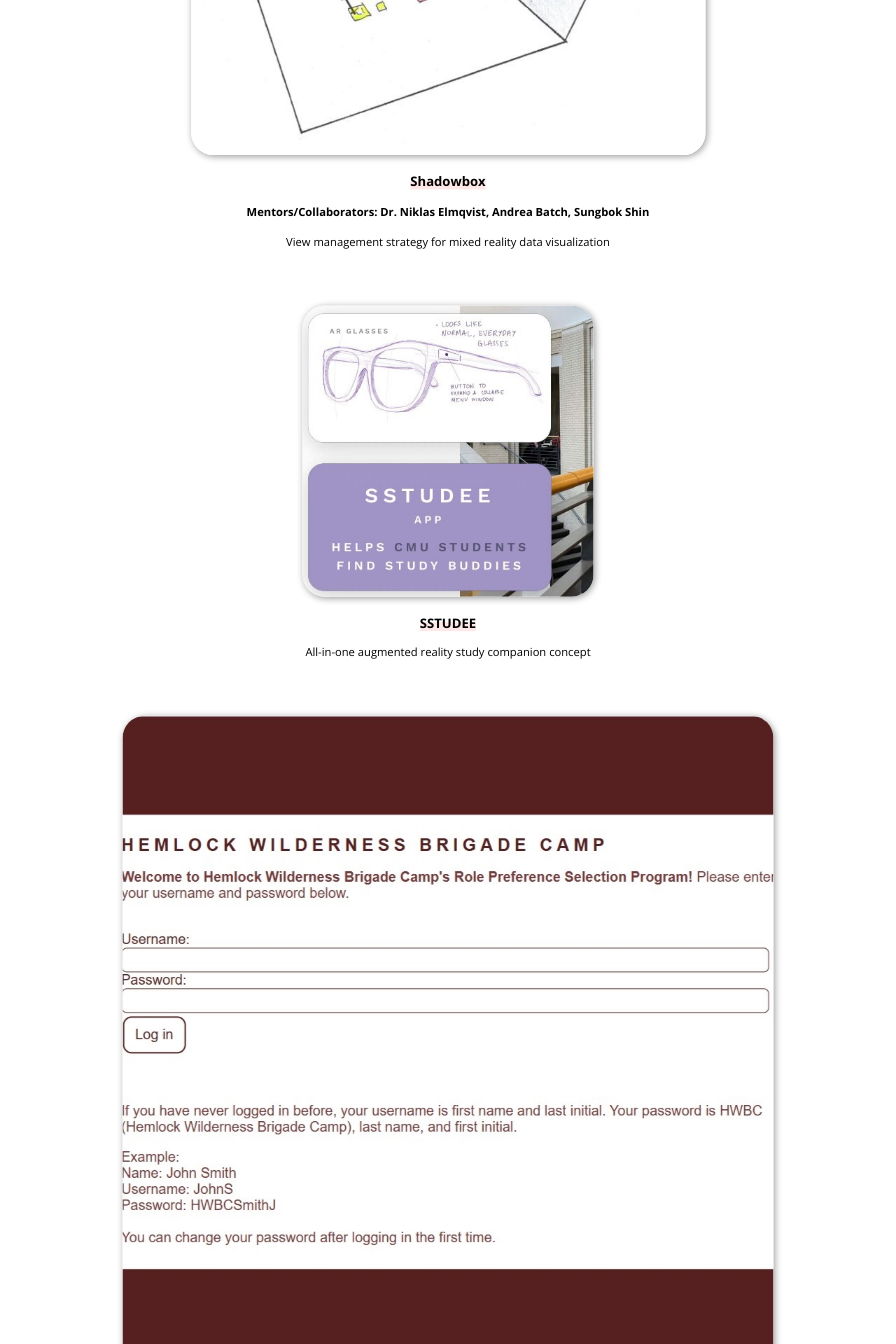
Repository: liu-julia/liu-julia.github.io
Page: index.html
An editor plug-in stored every save of this project. The page is shown before and after the next save, followed by the edit.
The browser window is 1280 px wide. The pictures show the part of the page from y = 1312 to 3232 px (the page is 5346 px tall before and 5606 px after), at 70% of full size.

Above is the page before, as saved 2022-08-02 11:56:15.

### index.html
<!DOCTYPE html>
<html lang="en">
<head>
    <meta charset="UTF-8">
    <meta http-equiv="X-UA-Compatible" content="IE=edge">
    <meta name="viewport" content="width=device-width, initial-scale=1.0">
    <link rel="preconnect" href="https://fonts.googleapis.com">
    <link rel="preconnect" href="https://fonts.gstatic.com" crossorigin>
    <link href="https://fonts.googleapis.com/css2?family=Karla:wght@300;400;700&family=Open+Sans:wght@300;400;700&family=Playfair+Display:wght@400;700&family=Prata&display=swap" rel="stylesheet">
    <link rel="stylesheet" media="screen and (min-width: 1500px)" href="css/1500.css" />
    <link rel="stylesheet" media="screen and (max-width: 1499px)" href="css/mobile.css" />
    <link rel="icon" href="images/jllogo.png">
    <script src="js/scripts.js"></script>
    <title>Julia Liu</title>
</head>
<body>
    <header id="topbar">
        <img id="logo" src="images/jllogo.png" alt="JL logo">
        <div id="navbar">
            <a class="highlighted" href="index.html">Projects</a>
            <a class="hl_hover" href="about.html">About</a>
            <a class="hl_hover" href="contact.html">Contact</a>
        </div>
    </header>
    <div id="content">
        <div id="top">
            <img id="face" src="images/IMG_20210707_193435_832.jpg" alt="Julia Liu">
            <h1 class="highlighted">Hi! My name is <mark>Julia Liu</mark>.</h1>
            <p id="head_desc">I'm a rising sophomore studying Information Systems and Human-Computer Interaction at Carnegie Mellon University.</p>
            <a class="ct-btn-scroll ct-js-btn-scroll" href="#projects"><img alt="Arrow Down Icon" src="images/downarrow.png"></a>
        </div>
        <br>
        <span id="projects"></span>
            <div class="project">
                <img src="images/shadowbox.jpg" alt="Shadowbox">
                <div class="project-text">
                    <h3><a href="https://liu-julia.notion.site/Shadowbox-206a5c5eea2a42a292b238f68e84f78f">Shadowbox</a></h3>
                    <h4>Mentors/Collaborators: Dr. Niklas Elmqvist, Andrea Batch, Sungbok Shin</h4>
                    <p>View management strategy for mixed reality data visualization</p>
                </div>
            </div>
            <div class="project">
                <img src="images/sstudee.jpg" alt="SSTUDEE - AR product concept">
                <div class="project-text">
                    <h3><a href="https://liu-julia.notion.site/SSTUDEE-AR-Product-Concept-c017dea383094d4c96417a929962e60f">SSTUDEE</a></h3>
                    <p>All-in-one augmented reality study companion concept</p>
                </div>
            </div>
            <div class="project">
                <img src="images/camp.jpg" alt="Hemlock Wilderness Brigade Camp website">
                <div class="project-text">
                    <h3><a href="https://liu-julia.notion.site/Job-Assignment-Web-App-bd26f317785b4564853cad5746690a5f">Job Assignment Web Application</a></h3>
                    <h4>Collaborators: Kandasamy Chokkalingam, Nithya Doodi, Temitope Olarinde</h4>
                    <p>Automated job assignment for local summer camp</p>
                </div>
            </div>
            <div class="project">
                <img src="images/pamelas1.jpg" alt="Pamela's Diner website">
                <div class="project-text">
                    <h3><a href="https://liu-julia.notion.site/Web-Development-Project-Pamela-s-Diner-67d99581677243809cbfb3ee69a6fb9d">Web Development Project: Pamela's Diner</a></h3>
                    <p>Revamped website concept for local diner</p>
                </div>
            </div>
            <div class="project">
                <img src="images/soaringtheskies.jpg" alt="Soaring the Skies - 2D airplane game">
                <div class="project-text">
                    <h3><a href="https://github.com/liu-julia/TartanHacks2022">Geographic Trivia Game: Soaring the Skies</a></h3>
                    <h4>Collaborators: Gary Bailey, William Crenshaw</h4>
                    <p>Soar the vast, open skies while learning about the world</p>
                </div>
            </div>
        <br>
        <!--<h3 id="construction">More coming soon</h3>-->
        <div id="foot">
            <h3 class="highlighted">Thanks for visiting!</h3>
            <div>
                <p><b>Phone: </b> (240) 803 7115</p>
                <p><b>Email: </b> juli<!--anti spam-->aliu1233 <!--anti spam--> [at] gmai<!--anti spam-->l [dot] com</p>
                <a href="JuliaLiu.pdf"><b>Resume</b></a>
            </div>
        </div>
    </div>
</body>
</html>

### css/mobile.css
:root {
    font-family: 'Open Sans', sans-serif;
}
html {
    height: 100%;
}

body {
    height: 100%;
}
#content {
    height: 100%;
}
header {
    position: fixed;
    top: 0;
    left: 0;
    right: 0;
    width: 100%;
    height: 60px;
    background-color: white;
    z-index: 1;
    box-shadow: 0 0 10px #FFFFFF;
    transition: top .2s;
}
#logo {
    width: 25px;
    height: 35px;
    padding: 13px;
}
#navbar {
    display: none;
}
h1 mark {
    background: linear-gradient(180deg,rgba(255,255,255,0) 40%, #ffdddd 40% 90%, rgba(255,255,255,0) 90%);
}

#face {
    position: absolute;
    width: 75%;
    max-width: 500px;
    top: 5em;
    left: 10%;
    right: 10%;
    border-radius: 2em;
    margin: auto;
    box-shadow: 2px 2px 10px #00000066;
}

h1{
    font-family: 'Prata', serif;
    font-weight: 400;
    font-size: 3em;
    position: absolute;
    bottom: 13rem;
    left: 5%;
    right: 5%;
    text-align: center;
    margin: auto;
    width: 90%;
}
#head_desc {
    font-size: 1.2em;
    font-weight: 400;
    position: absolute;
    bottom: 6rem;
    width: 90%;
    left: 5%;
    right: 5%;
    text-align: center;
    margin: auto;
    width: 90%;
}
a img {
    max-width: 20%;
    position: absolute;
    bottom: 30px;
    margin: auto;
    left: 1rem;
    right: 1rem;
}

#top {
    height: 100%;
}

.project {
    width: 80%;
    margin-left: auto;
    margin-right: auto;
    margin-top: 3em;
    margin-bottom: 5em;
    text-align: center;
}
.project img {
    max-width: 100%;
    max-height: 100%;
    box-shadow: 2px 2px 10px #00000066;
    border-radius: 2rem;
    margin: auto;
}
a {
    color: black;
    background: linear-gradient(180deg,rgba(255,255,255,0) 50%, #ffddddb0 50%);
    transition: background .3s;
    text-decoration: none;
}

### js/scripts.js
if (window.innerWidth > 1500) {
  var prevScrollpos = window.pageYOffset;
  window.onscroll = function() {
    var currentScrollPos = window.pageYOffset;
    if (prevScrollpos > currentScrollPos) {
      document.getElementById("topbar").style.top = "0";
    } else {
      document.getElementById("topbar").style.top = "-70px";
    }
    prevScrollpos = currentScrollPos;
  }
}

### css/1500.css
:root {
    font-family: 'Open Sans', sans-serif;
}
html {
    height: 100%;
}
header {
    position: fixed;
    top: 0;
    left: 0;
    right: 0;
    width: 100%;
    height: 60px;
    background-color: white;
    z-index: 1;
    box-shadow: 0 0 10px #FFFFFF;
    transition: top .2s;
}
#logo {
    width: 25px;
    height: 35px;
    padding: 13px;
}
#navbar {
    float: right;
}
#navbar a {
    position: relative;
    top: 10px;
    margin-right: 25px;
    align-self: center;
    color: black;
}
body {
    height: 100%;
}
#content {
    height: 100%;
}
h1 {
    font-family: 'Prata', serif;
    font-weight: 400;
    font-size: 6.25vw;
}
#top {
    height: 100%;
}
h1{
    position: absolute;
    bottom: 11rem;
    left: 1em;
    right: 1em;
    text-align: center;
    margin: auto;
    width: auto;
    max-width: 75%;
}
h1.highlighted::before {
    content: "";
    position: absolute;
    width: 100%;
    background: #ffdddd;
    left: .25em;
    bottom: .15em;
    height: .7em;
    z-index: -1;
    animation: highlightAnimation ease 3s;
    animation-iteration-count: 1;
    animation-fill-mode: forwards;
}

@keyframes highlightAnimation {
    0% {
        transform: scaleX(0);
        transform-origin: left;
    }
    100% {
        transform: scaleX(1);
        transform-origin: left;
     }
}

#navbar a {
    background: none;
}

#navbar a.highlighted::before {
    content: "";
    position: absolute;
    width: 100%;
    background: #ffdddd;
    left: .25em;
    bottom: .05em;
    height: .7em;
    z-index: -1;
}
.hl_hover::before {
    content: "";
    position: absolute;
    width: 100%;
    background: #ffdddd;
    left: .25em;
    bottom: .05em;
    height: .7em;
    z-index: -1;
    transition: transform 0.5s;
    transform: scaleX(0);
    transform-origin: right;
}
.hl_hover:hover::before {
    transform: scaleX(1);
    transform-origin: left;
}
mark {
    background-color: transparent;
}
h2 {
    font-family: 'Playfair Display', serif;
    font-size: 3em;
}
h3 {
    font-family: 'Playfair Display', serif;
    font-size: 2em;
}
h4 {
    font-size: 1.2rem;
    line-height: 1.5em;
}
h3.highlighted::before {
    content: "";
    position: absolute;
    width: 100%;
    background: #ffdddd;
    left: .25em;
    bottom: .05em;
    height: .7em;
    z-index: -1;
}
#navbar a {
    font-family: 'Playfair Display', serif;
    font-size: 1.5em;
    font-weight: 700;
    text-decoration: none;
}
p {
    font-size: 1.2rem;
}
#head_desc {
    font-size: 1.5em;
    font-weight: 400;
    position: absolute;
    bottom: 6rem;
    width: 90%;
    left: 1rem;
    right: 1rem;
    text-align: center;
    margin: auto;
    width: 75%;
}
#face {
    position: absolute;
    height: 45%;
    top: 5em;
    left: 30em;
    right: 30em;
    border-radius: 2em;
    margin: auto;
    box-shadow: 2px 2px 10px #00000066;
}
#foot {
    padding-left: 30px;
    position: absolute;
    width: 90%;
    height: 40%;
}
#foot h3.highlighted {
    position: absolute;
    bottom: 65%;
}
#foot div {
    position: absolute;
    bottom: 25%;
    padding: 20px;
}
a {
    color: black;
    background: linear-gradient(180deg,rgba(255,255,255,0) 50%, #ffddddb0 50%);
    transition: background .3s;
    text-decoration: none;
}
#foot a {
    font-size: 1.2rem;
}
a:hover {
    background: linear-gradient(180deg,rgba(255,255,255,0) 50%, #ffdddd 50%);
}
#construction {
    height: 100%;
}

body {
    animation: fadeInAnimation ease 2s;
    animation-iteration-count: 1;
    animation-fill-mode: forwards;
}

@keyframes fadeInAnimation {
    0% {
        opacity: 0;
    }
    100% {
        opacity: 1;
     }
}
.project {
    width: 70%;
    display: flex;
    margin: auto;
    height: 40%;
    padding: 2.5rem;
    align-items: center;
}
.project img {
    max-width: 40%;
    max-height: 100%;
    box-shadow: 2px 2px 10px #00000066;
    border-radius: 2rem;
    margin: 3em;
}

a img {
    max-width: 8%;
    position: absolute;
    bottom: 30px;
    margin: auto;
    left: 1rem;
    right: 1rem;
}
.about {
    width: 70%;
    display: flex;
    margin: auto;
    height: 100%;
    align-items: center;
}

.about img {
    max-width: 30%;
    box-shadow: 2px 2px 10px #00000066;
    border-radius: 2rem;
    margin: 1.25em;
}

.about-text {
    position: absolute;
    margin-left: 25%;
    margin-right: 15%;
}
.about-text h2 {
    position: absolute;
    top: -110px;
}

h2.highlighted::before {
    content: "";
    position: absolute;
    width: 100%;
    background: #ffdddd;
    left: .20em;
    bottom: .05em;
    height: .7em;
    z-index: -1;
}

.form-container {
    width: 70%;
    margin: auto;
    height: 100%;
    align-items: center;
}

.form-container h2 {
    position: absolute;
    top: 5rem;
}

form {
    margin-top: 12rem;
    width: 100%;
    height: 60%;
}

input {
    width: 100%;
    background-color: #e7e7e7;
    border: none;
    border-bottom: 2px solid #ffffffff;
    font-size: 1.1rem;
    font-family: 'Open Sans', sans-serif;
    transition: background-color .3s;
}
input:focus {
    outline: none;
    border-bottom: 2px solid black;
    background-color: #efefef;
}
textarea {
    width: 100%;
    background-color: #e7e7e7;
    border: none;
    height: 30%;
    font-size: 1.1rem;
    font-family: 'Open Sans', sans-serif;
    transition: background-color .3s;
}
textarea:focus {
    outline-width: 2px;
    background-color: #efefef;

}
label {
    font-family: 'Playfair Display', serif;
    font-size: 1.5rem;
    font-weight: bold;
}

button {
    font-family: 'Playfair Display', serif;
    font-size: 2rem;
    font-weight: bold;
    background-color: white;
    border: none;
    display: block;
    margin-right: auto;
    margin-left: auto;
    width: auto;
    margin-top: 10px;
    margin-bottom: 10px;
    transition: box-shadow .3s;
}
button:hover {
    box-shadow: 6px 6px 0px #ffdddd, -6px -6px 0px #ffdddd;
}
.project-text h3, .project-text h4, .project-text p {
    margin-bottom: 0px;
    margin-top: 10px;
}

After the next save:
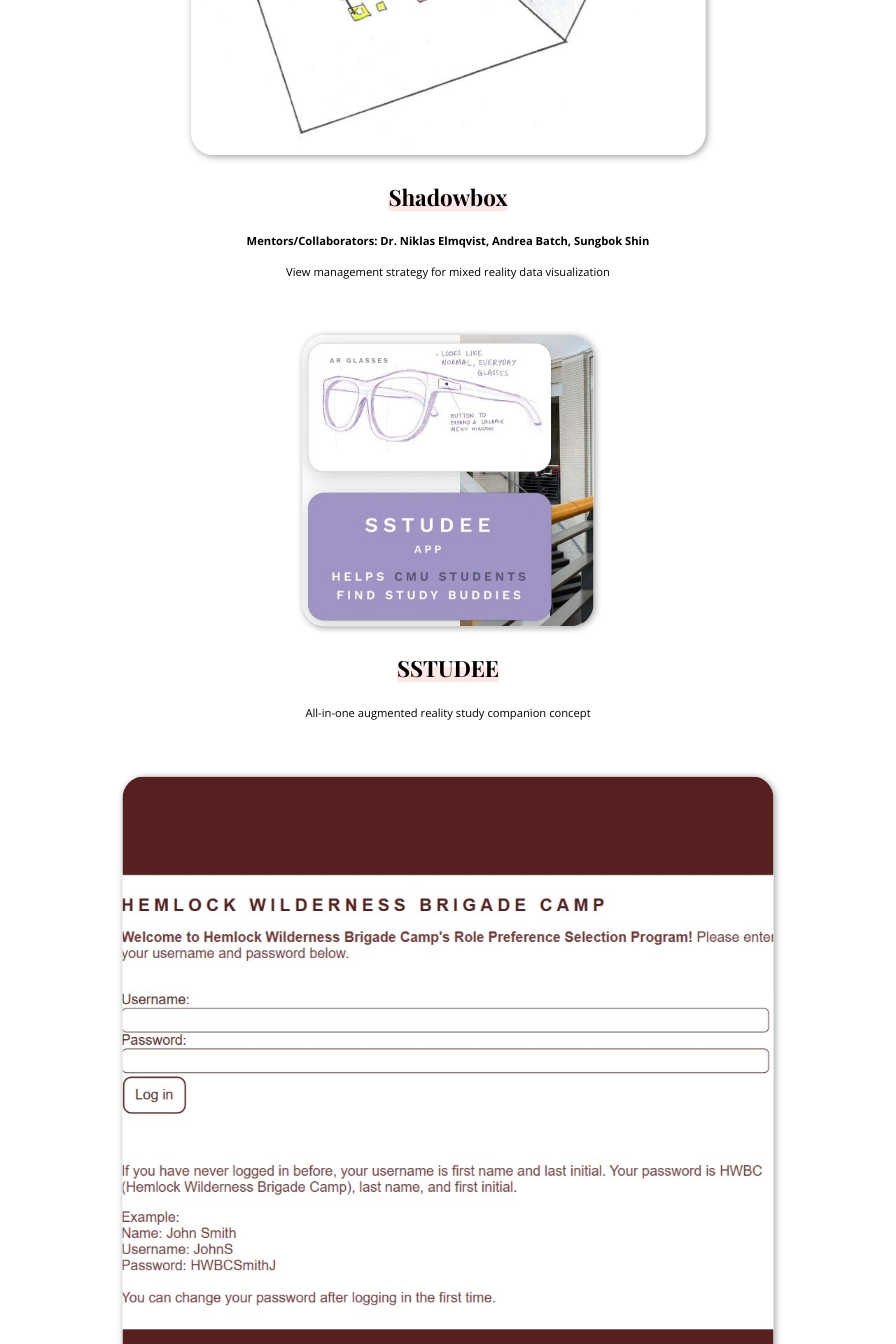
Saved 34 s later.
--- a/css/mobile.css
+++ b/css/mobile.css
@@ -105,3 +105,7 @@
     transition: background .3s;
     text-decoration: none;
 }
+h3 {
+    font-family: 'Playfair Display', serif;
+    font-size: 2em;
+}
